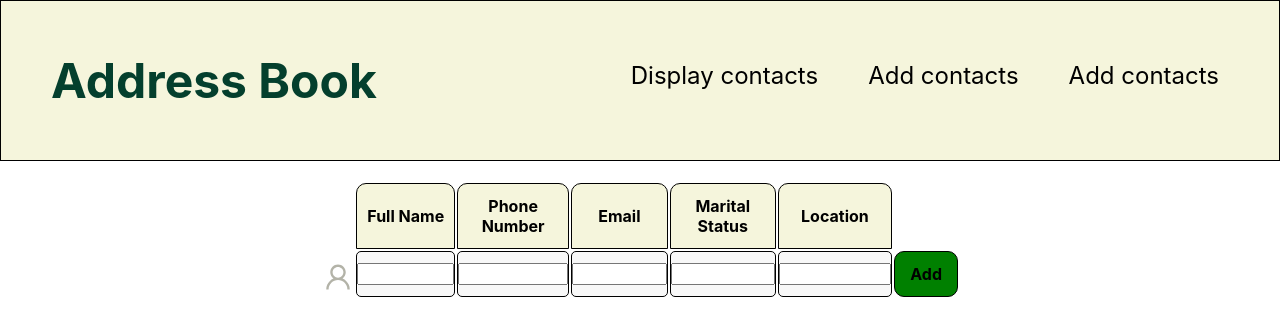
Repository: jatannoury/Address-Book
Page: /add_contact
The author's editor kept a copy of each file at every save. The page is drawn from the files as they stood at one save, then again after the next save.
The browser window is 1280 px wide. The pictures show the whole page.
The project was rebuilt for these pictures with package versions that can differ from the ones it lists, and the page was loaded fresh each time. Also part of the build but not shown: src/components/Email.js, src/components/Password.js, src/components/Login.js, src/components/Username.js, src/components/SignUp.js, src/components/Table.js, src/components/Contacts.js.

Above is the page before, as saved 2022-06-26 03:27:51.

After the next save:
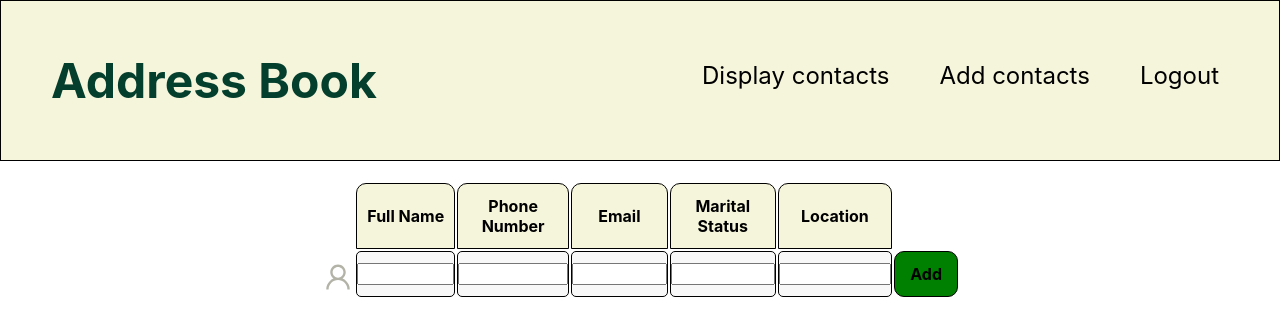
Saved 5 s later.
--- a/src/components/Navbar.js
+++ b/src/components/Navbar.js
@@ -12,7 +12,7 @@ const Navbar = () => {
           <a href="/add_contact">Add contacts</a>
         </div>
         <div className="sub_nav">
-          <a href="/">Add contacts</a>
+          <a href="/">Logout</a>
         </div>
       </div>
     </nav>
